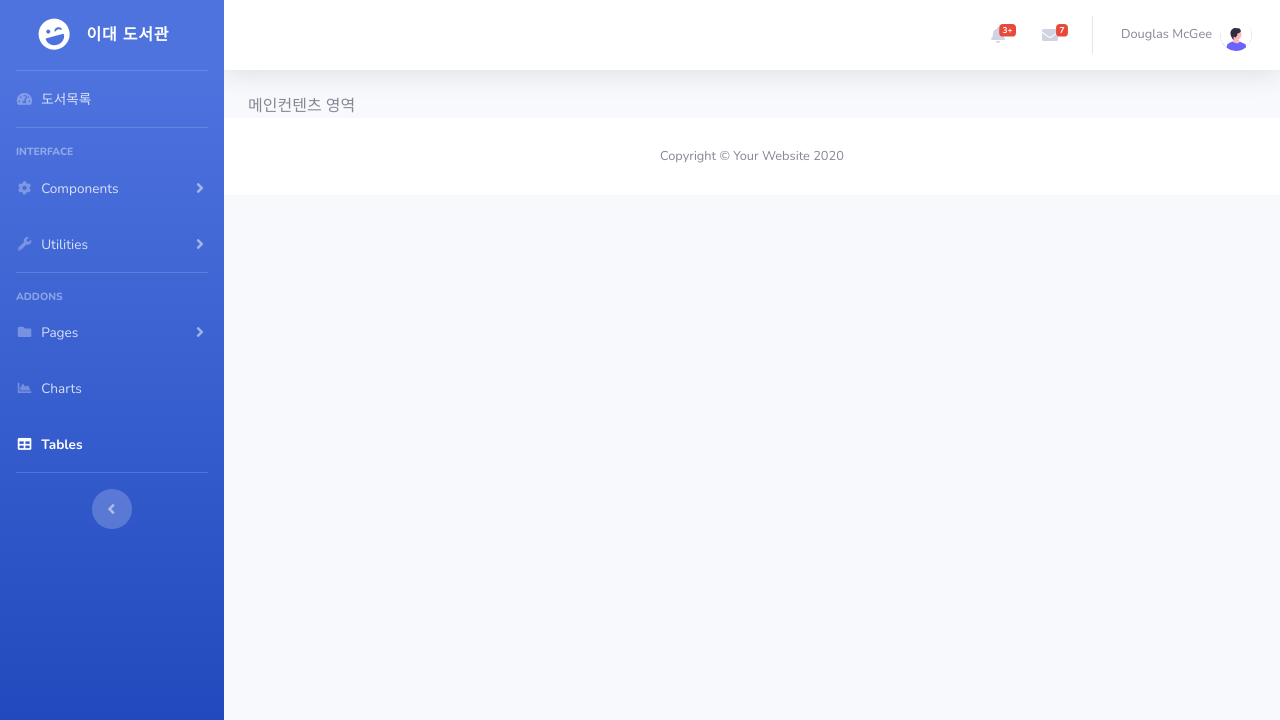
Repository: allely/spring
Page: http://localhost/jsp/book/reg.jsp
These files come from the project's save history. The page is drawn as it stood at one moment and after the next save; the edit follows.
The browser window is 1280 px wide. The pictures show the whole page.
The page is served by Tomcat 9.

Above is the page before, as saved 2023-11-27 01:31:59.

After the next save:
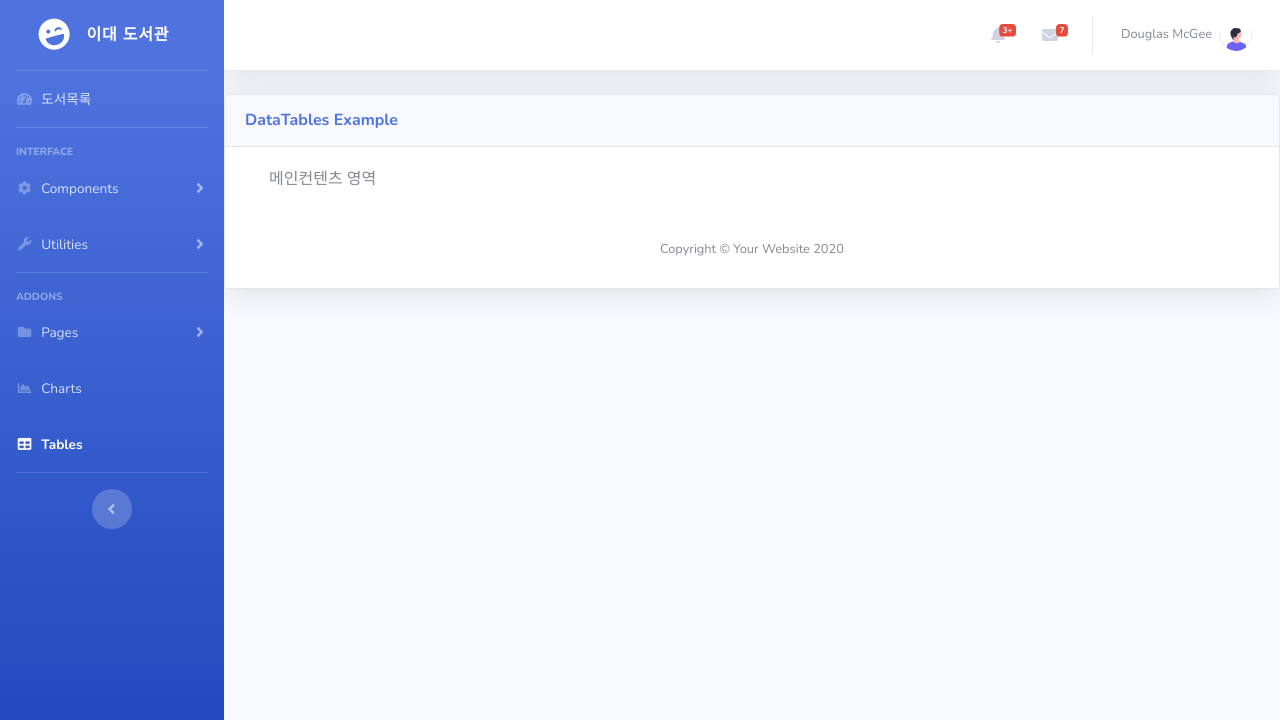
Saved 16 s later.
--- a/2. 서블릿 & JSP/jsp/jsp/src/main/webapp/book/reg.jsp
+++ b/2. 서블릿 & JSP/jsp/jsp/src/main/webapp/book/reg.jsp
@@ -11,10 +11,17 @@
 	<%@include file="/header.jsp" %>
 
 	<!-- 메인컨텐츠 영역 시작-->
-	<!-- Begin Page Content -->
-	<div class="container-fluid">
-		메인컨텐츠 영역
-	</div>
+	<!-- DataTales Example -->
+			<div class="card shadow mb-4">
+				<div class="card-header py-3">
+					<h6 class="m-0 font-weight-bold text-primary">DataTables
+						Example</h6>
+				</div>
+				<div class="card-body">
+				<div class="container-fluid">
+					메인컨텐츠 영역
+				</div>
+				</div>
 
 	<%@include file="/footer.jsp" %>
 </body>
